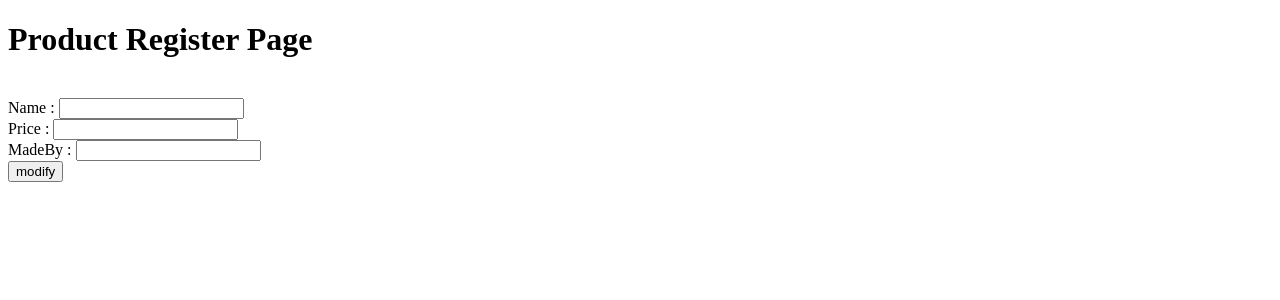
Repository: novemberjj/jsp
Page: http://localhost/jsp_study/modify.jsp
These files come from the project's save history. The page is drawn as it stood at one moment and after the next save; the edit follows.
The browser window is 1280 px wide. The pictures show the whole page.
The page is served by Tomcat 9.

Above is the page before, as saved 2023-05-11 05:41:50.

After the next save:
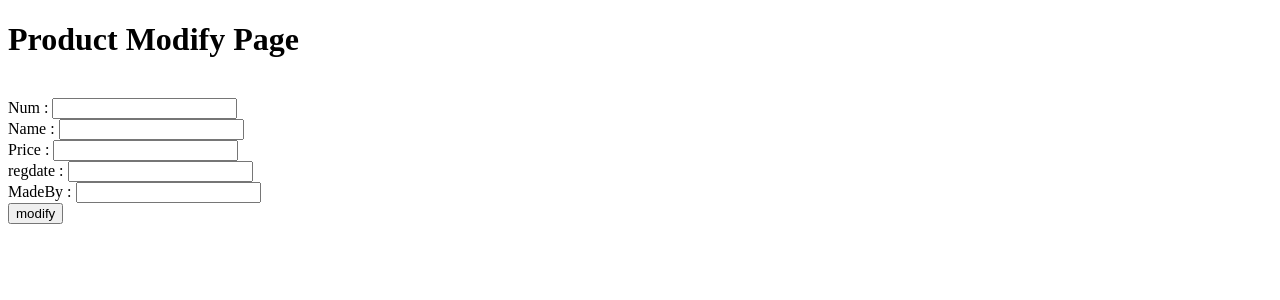
Saved 4 s later.
--- a/jsp_project1/jsp_study/src/main/webapp/modify.jsp
+++ b/jsp_project1/jsp_study/src/main/webapp/modify.jsp
@@ -7,10 +7,12 @@
 <title>Insert title here</title>
 </head>
 <body>
-	<h1>Product Register Page</h1> <br>
+	<h1>Product Modify Page</h1> <br>
 	<form action="/modify.pd" method="post">
+		Num : <input type="text" name="pno"> <br>
 		Name : <input type="text" name="pname"> <br>
 		Price : <input type="text" name="price"> <br>
+		regdate : <input type="text" name="regdate"> <br>
 		MadeBy : <input type="text" name="madeby"> <br>
 
 		<button type="submit">modify</button>
